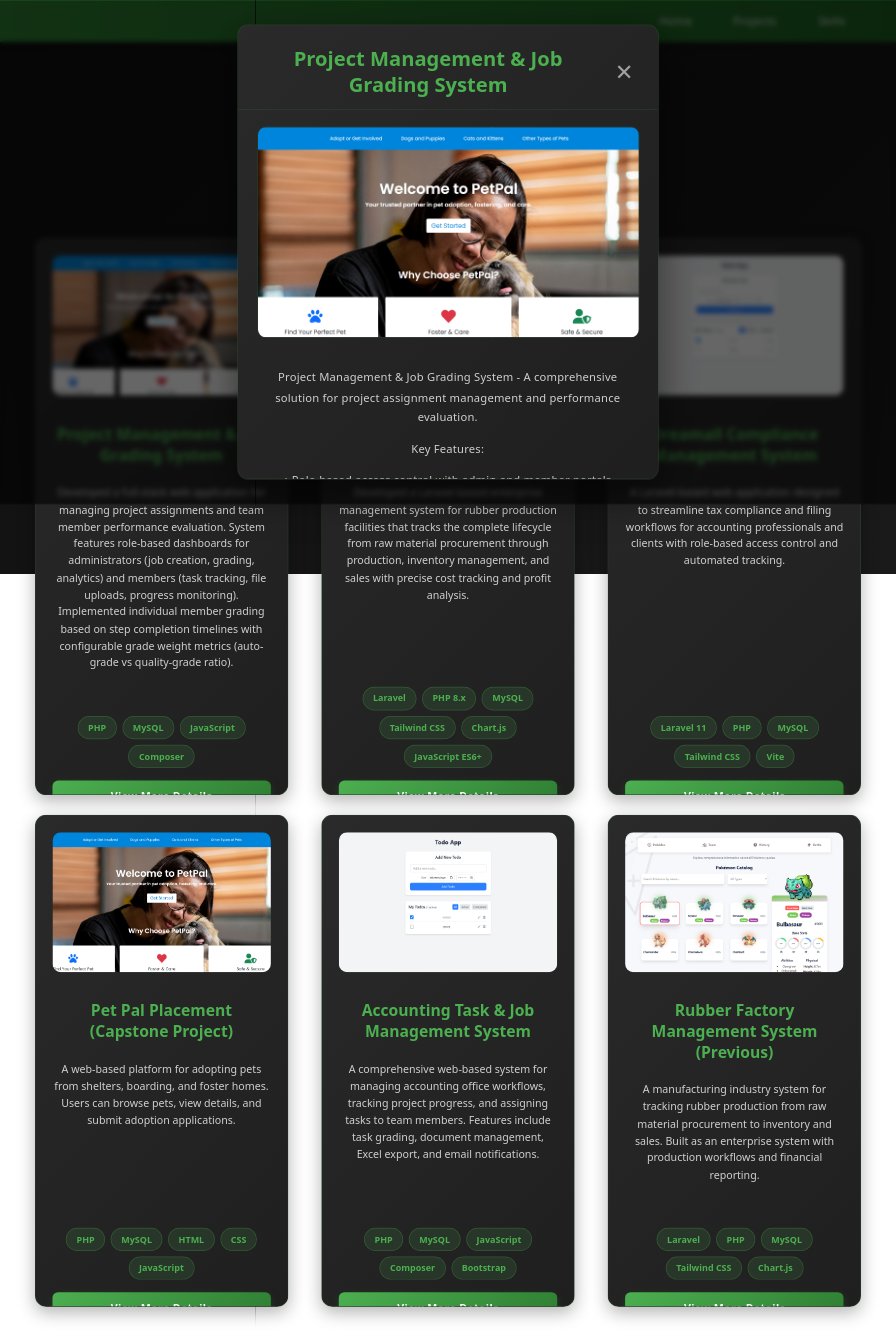
Repository: SAYANA11/portfolio
Page: /Projects, after clicking the first element matching `button.project-button`
The author's editor kept a copy of each file at every save. The page is drawn from the files as they stood at one save, then again after the next save.
The browser window is 1280 px wide. The pictures show the whole page, at 70% of full size.
An inner scrolling area shows only its first screen. The project was rebuilt for these pictures with package versions that can differ from the ones it lists, and the page was loaded fresh each time. Also part of the build but not shown: vite.config.js, src/components/Hero.jsx, src/components/Skills.css, src/components/Skills.jsx.

Above is the page before, as saved 2026-02-17 01:08:49.

### index.html
<!doctype html>
<html lang="en">
  <head>
    <meta charset="UTF-8" />
    <link rel="icon" type="image/svg+xml" href="/vite.svg" />
    <meta name="viewport" content="width=device-width, initial-scale=1.0" />
    <title>Muhammad Husayn Aiyub - Portfolio</title>
  </head>
  <body>
    <div id="root"></div>
    <script type="module" src="/src/main.jsx"></script>
  </body>
</html>

### src/index.css
:root {
  font-family: system-ui, Avenir, Helvetica, Arial, sans-serif;
  line-height: 1.5;
  font-weight: 400;

  color-scheme: light dark;
  color: rgba(255, 255, 255, 0.87);
  background-color: #242424;

  font-synthesis: none;
  text-rendering: optimizeLegibility;
  -webkit-font-smoothing: antialiased;
  -moz-osx-font-smoothing: grayscale;
}
/* Add in index.css or global style file */

a {
  font-weight: 500;
  color: #646cff;
  text-decoration: inherit;
}
a:hover {
  color: #535bf2;
}

html, body, #root {
  height: 100%;
  margin: 0;
  padding: 0;
}

body {
  margin: 0;
  min-width: 320px;
  background: linear-gradient(135deg, #0f0f0f 0%, #1a1a1a 100%);
  min-height: 100vh;
  position: relative;
}

body::before {
  content: '';
  position: fixed;
  top: 0;
  left: 0;
  right: 0;
  bottom: 0;
  background: linear-gradient(135deg, #0f0f0f 0%, #1a1a1a 100%);
  z-index: -1;
}

h1 {
  font-size: 3.2em;
  line-height: 1.1;
}

button {
  border-radius: 8px;
  border: 1px solid transparent;
  padding: 0.6em 1.2em;
  font-size: 1em;
  font-weight: 500;
  font-family: inherit;
  background-color: #1a1a1a;
  cursor: pointer;
  transition: border-color 0.25s;
}
button:hover {
  border-color: #646cff;
}
button:focus,
button:focus-visible {
  outline: 4px auto -webkit-focus-ring-color;
}

@media (prefers-color-scheme: light) {
  :root {
    color: #213547;
    background-color: #ffffff;
  }
  a:hover {
    color: #747bff;
  }
  button {
    background-color: #f9f9f9;
  }
}

### src/App.jsx
import React from "react";
import { BrowserRouter as Router, Routes, Route } from "react-router-dom";
import NavBar from "./components/Navbar";
import Hero from "./components/Hero";
import Projects from "./components/Projects";
import Skills from "./components/Skills";

function App() {
  return (
    <Router>
      <NavBar />
      <Routes>
        <Route path="/" element={<Hero />} />
        <Route path="/Projects" element={<Projects />} />
        <Route path="/Skills" element={<Skills />} />
      </Routes>
    </Router>
  );
}

export default App;

### src/components/Navbar.jsx
import React from "react";
import { Link } from "react-router-dom";
import "./Navbar.css";

const NavBar = () => {
  return (
    <nav className="navbar">
      <ul>
        <li>
          <Link to="/">Home</Link>
        </li>
        <li>
          <Link to="/Projects">Projects</Link>
        </li>
        <li>
          <Link to="/Skills">Skills</Link>
        </li>
      </ul>
    </nav>
  );
};

export default NavBar;

### src/components/Navbar.css
.navbar {
    background: linear-gradient(90deg, #2e7d32 0%, #1b5e20 100%);
    color: white;
    padding: 15px 40px;
    position: fixed;
    width: 100%;
    height: 60px;
    top: 0;
    z-index: 1000;
    display: flex;
    align-items: center;
    justify-content: flex-end;
    box-shadow: 0 4px 12px rgba(0, 0, 0, 0.3);
    backdrop-filter: blur(10px);
    box-sizing: border-box;
}

.navbar ul {
    list-style: none;
    padding: 0;
    margin: 0 20px 0 0;
    display: flex;
    gap: 35px;
}

.navbar ul li {
    font-size: 16px;
    transition: all 0.3s cubic-bezier(0.4, 0, 0.2, 1);
    position: relative;
}

.navbar ul li a {
    color: #e0e0e0;
    text-decoration: none;
    transition: all 0.3s cubic-bezier(0.4, 0, 0.2, 1);
    padding: 8px 12px;
    display: block;
    border-radius: 6px;
    font-weight: 500;
    letter-spacing: 0.3px;
}

.navbar ul li a::after {
    content: '';
    position: absolute;
    bottom: 0;
    left: 0;
    width: 0;
    height: 2px;
    background: #ffd700;
    transition: width 0.3s ease;
    border-radius: 2px;
}

.navbar ul li a:hover {
    color: white;
    background: rgba(76, 175, 80, 0.2);
}

.navbar ul li a:hover::after {
    width: 100%;
}

/* Responsive */
@media (max-width: 768px) {
    .navbar ul {
        gap: 10px; /* Reduce spacing for smaller screens */
        margin: 0 10px 0 0; /* Adjust margin for smaller screens */
    }

    .navbar ul li {
        font-size: 16px; /* Adjust font size for smaller screens */
    }
}

### src/components/Hero.css
/* Import Poppins font */
@import url('https://fonts.googleapis.com/css2?family=Poppins:wght@300;400;500;600;700&display=swap');

/* Root Variables for Better Theme Management */
:root {
  --primary-green: #2e7d32;
  --primary-green-light: #4caf50;
  --primary-green-dark: #1b5e20;
  --accent-gold: #ffd700;
  --text-light: #f1f1f1;
  --text-dark: #333;
  --text-muted: #666;
  --background-dark: #1a1a1a;
  --card-background: #2d2d2d;
  --border-color: #444;
  --shadow-light: rgba(0, 0, 0, 0.1);
  --shadow-medium: rgba(0, 0, 0, 0.3);
  --shadow-heavy: rgba(0, 0, 0, 0.7);
  --gradient-primary: linear-gradient(135deg, var(--primary-green), var(--primary-green-light));
  --gradient-card: linear-gradient(145deg, #2d2d2d, #1f1f1f);
}

/* Hero Container */
.hero-container {
  padding: 60px 40px;
  max-width: 1100px;
  margin: 80px auto;
  border-radius: 20px;
  background: linear-gradient(135deg, #1f1f1f 0%, #2a2a2a 100%);
  box-shadow: 0 20px 60px rgba(0, 0, 0, 0.3);
  color: var(--text-light);
  position: relative;
  overflow: hidden;
}

      .hero-container::before {
        content: '';
        position: absolute;
        top: 0;
        left: 0;
        right: 0;
        height: 4px;
        background: var(--gradient-primary);
        border-radius: 20px 20px 0 0;
      }

      /* Name Section */
      .name {
        text-align: center;
        margin-bottom: 50px;
        position: relative;
      }

      .hero-title {
        font-size: clamp(2rem, 5vw, 3.5rem);
        font-weight: 700;
        background: var(--gradient-primary);
        -webkit-background-clip: text;
        -webkit-text-fill-color: transparent;
        background-clip: text;
        margin-bottom: 15px;
        letter-spacing: -0.02em;
        animation: fadeInUp 0.8s ease-out;
      }

      .hero-subtitle {
        font-size: clamp(1rem, 2.5vw, 1.4rem);
        color: #bbb;
        font-weight: 400;
        margin-bottom: 30px;
        animation: fadeInUp 0.8s ease-out 0.2s both;
      }

      /* Photo Styling */
      .photo {
        position: relative;
        display: inline-block;
        animation: fadeInUp 0.8s ease-out 0.4s both;
      }

      .photo img {
        width: 180px;
        height: 180px;
        border-radius: 50%;
        object-fit: cover;
        border: 5px solid transparent;
        background: var(--gradient-primary);
        padding: 3px;
        transition: all 0.4s cubic-bezier(0.4, 0, 0.2, 1);
        box-shadow: 0 8px 32px var(--shadow-medium);
      }

      .photo::before {
        content: '';
        position: absolute;
        top: -10px;
        left: -10px;
        right: -10px;
        bottom: -10px;
        border-radius: 50%;
        background: var(--gradient-primary);
        opacity: 0;
        transition: opacity 0.4s ease;
        z-index: -1;
      }

      .photo:hover::before {
        opacity: 0.2;
      }

      .photo:hover img {
        transform: scale(1.05);
        box-shadow: 0 12px 48px var(--shadow-heavy);
      }

      /* Section Styling */
      .section-title {
        font-size: clamp(1.5rem, 4vw, 2rem);
        font-weight: 700;
        color: var(--primary-green-light);
        margin-bottom: 20px;
        border-bottom: 2px solid var(--primary-green);
        padding-bottom: 12px;
        display: inline-block;
        animation: fadeInUp 0.8s ease-out both;
      }

/* Page Header */
.page-header {
  text-align: center;
  margin-bottom: 60px;
  animation: fadeInUp 0.8s ease-out 0.1s both;
}

.page-title {
  font-size: 2.5rem;
  font-weight: 700;
  color: #e0e0e0;
  margin: 0;
  letter-spacing: 0.5px;
}

/* About Section */
.about-section {
  margin-bottom: 60px;
  padding: 0;
  background: transparent;
  border: none;
  animation: fadeInUp 0.8s ease-out 0.2s both;
}

.about-section .section-title {
  font-size: 2.2rem;
  margin-bottom: 16px;
  text-align: center;
}

.about-section .title-accent {
  margin: 0 auto 40px;
}

/* Two Column Layout */
.about-layout {
  display: grid;
  grid-template-columns: 1fr 1fr;
  gap: 50px;
  align-items: center;
}

.about-left {
  display: flex;
  flex-direction: column;
  gap: 16px;
}

.about-name {
  font-size: 1.8rem;
  font-weight: 700;
  color: #4caf50;
  margin: 0;
  letter-spacing: 0.3px;
}

.about-subtitle {
  font-size: 1.1rem;
  color: #a0a0a0;
  margin: 0;
  font-weight: 500;
  letter-spacing: 0.2px;
}

.about-text {
  font-size: 1rem;
  line-height: 1.75;
  color: #d0d0d0;
  margin: 0;
  letter-spacing: 0.3px;
}

/* Contact Info */
.contact-info {
  display: flex;
  flex-direction: column;
  gap: 14px;
  margin-top: 20px;
}

.contact-info-item {
  display: flex;
  align-items: center;
  gap: 12px;
}

.contact-info-icon {
  font-size: 1.3rem;
  min-width: 24px;
}

.contact-info-item p,
.contact-info-item a {
  margin: 0;
  color: #d0d0d0;
  font-size: 0.95rem;
  text-decoration: none;
  transition: color 0.3s ease;
}

.contact-info-item a {
  color: #4caf50;
  font-weight: 500;
}

.contact-info-item a:hover {
  color: #66bb6a;
}

/* About Photo */
.about-right {
  display: flex;
  justify-content: center;
  align-items: center;
}

.about-photo {
  position: relative;
  width: 280px;
  height: 280px;
  border-radius: 50%;
  overflow: hidden;
  border: 4px solid rgba(76, 175, 80, 0.3);
  box-shadow: 0 20px 60px rgba(46, 125, 50, 0.25);
  animation: fadeInUp 0.8s ease-out 0.3s both;
}

.about-photo img {
  width: 100%;
  height: 100%;
  object-fit: cover;
  transition: transform 0.3s ease;
}

.about-photo:hover img {
  transform: scale(1.05);
}

/* Contact Section Styles */
.contact-section {
  display: none;
}

/* Modal Styles */
.modal {
  display: none;
}

/* Title Accent */
.title-accent {
  height: 3px;
  width: 60px;
  background: linear-gradient(90deg, #4caf50, #2e7d32);
  border-radius: 2px;
  margin-top: 12px;
  animation: slideIn 0.6s ease-out 0.3s both;
}

@keyframes slideIn {
  from {
    width: 0;
  }
  to {
    width: 60px;
  }
}

      /* Animations */
      @keyframes fadeInUp {
        from {
          opacity: 0;
          transform: translateY(30px);
        }
        to {
          opacity: 1;
          transform: translateY(0);
        }
      }

      /* Responsive Design */
      @media (max-width: 768px) {
        .hero-container {
          padding: 40px 20px;
          margin-top: 60px;
          margin-left: 10px;
          margin-right: 10px;
        }

        .page-title {
          font-size: 1.8rem;
        }

        .section-title {
          font-size: 1.6rem;
        }

        .about-layout {
          grid-template-columns: 1fr;
          gap: 40px;
        }

        .about-name {
          font-size: 1.5rem;
        }

        .about-photo {
          width: 240px;
          height: 240px;
        }

        .contact-details {
          grid-template-columns: 1fr;
        }
      }

      @media (max-width: 480px) {
        .hero-container {
          padding: 30px 15px;
          margin-top: 40px;
          border-radius: 16px;
        }

        .page-title {
          font-size: 1.5rem;
        }

        .section-title {
          font-size: 1.4rem;
        }

        .about-section,
        .contact-section {
          margin-bottom: 30px;
        }

        .about-layout {
          grid-template-columns: 1fr;
          gap: 30px;
        }

        .about-name {
          font-size: 1.3rem;
        }

        .about-photo {
          width: 200px;
          height: 200px;
        }

        .contact-details {
          grid-template-columns: 1fr;
          gap: 16px;
        }

        .contact-card {
          padding: 24px;
        }

        .contact-card-icon {
          font-size: 2.5rem;
        }
      }

### src/components/Projects.css
/* Projects Container */
.projects-container {
  margin-top: 100px;
  padding: 50px 40px;
  max-width: 1200px;
  margin-left: auto;
  margin-right: auto;
  background: transparent;
  border-radius: 0;
  box-shadow: none;
  text-align: center;
}

.projects-title {
  font-size: 2.8rem;
  font-weight: 700;
  background: linear-gradient(135deg, #4caf50, #2e7d32);
  -webkit-background-clip: text;
  -webkit-text-fill-color: transparent;
  background-clip: text;
  margin-bottom: 8px;
  letter-spacing: -0.02em;
}

.projects-subtitle {
  font-size: 1.15rem;
  color: #a0a0a0;
  margin-bottom: 40px;
  font-weight: 400;
  letter-spacing: 0.3px;
}

/* Projects List */
.projects-list {
  list-style: none;
  padding: 0;
  margin: 0;
  display: grid;
  grid-template-columns: repeat(auto-fit, minmax(320px, 1fr));
  gap: 28px;
  justify-items: center;
}

.project-item {
  flex: 0 1 calc(33.333% - 20px);
  width: 100%;
  max-width: 360px;
  background: linear-gradient(135deg, #2a2a2a 0%, #1f1f1f 100%);
  border: 1px solid rgba(76, 175, 80, 0.15);
  border-radius: 16px;
  box-shadow: 0 8px 24px rgba(0, 0, 0, 0.3);
  overflow: hidden;
  transition: all 0.3s cubic-bezier(0.4, 0, 0.2, 1);
}

.project-item:hover {
  transform: translateY(-8px);
  box-shadow: 0 16px 48px rgba(46, 125, 50, 0.25);
  border-color: rgba(76, 175, 80, 0.4);
}

/* Project Card */
.project-card {
  padding: 24px;
  text-align: center;
  display: flex;
  flex-direction: column;
  height: 100%;
}

.project-image {
  width: 100%;
  height: 200px;
  object-fit: cover;
  border-radius: 12px;
  margin-bottom: 18px;
  transition: transform 0.3s ease;
}

.project-item:hover .project-image {
  transform: scale(1.05);
}

.project-title {
  font-size: 1.4rem;
  font-weight: 700;
  color: #4caf50;
  margin-bottom: 12px;
  line-height: 1.3;
}

.project-description {
  font-size: 0.95rem;
  color: #d0d0d0;
  margin-bottom: 16px;
  line-height: 1.6;
  flex-grow: 1;
}

/* Project Technologies */
.project-technologies {
  display: flex;
  flex-wrap: wrap;
  gap: 8px;
  margin-bottom: 18px;
  justify-content: center;
}

.tech-tag {
  display: inline-block;
  padding: 6px 14px;
  background-color: rgba(76, 175, 80, 0.15);
  color: #4caf50;
  border-radius: 20px;
  font-size: 0.8rem;
  font-weight: 600;
  border: 1px solid rgba(76, 175, 80, 0.3);
  transition: all 0.3s ease;
}

.tech-tag:hover {
  background-color: rgba(76, 175, 80, 0.25);
  border-color: rgba(76, 175, 80, 0.5);
}

/* Live Demo Button */
.project-button {
  display: inline-block;
  padding: 12px 28px;
  background: linear-gradient(135deg, #4caf50, #2e7d32);
  color: #ffffff;
  font-size: 0.95rem;
  font-weight: 600;
  text-decoration: none;
  border-radius: 8px;
  transition: all 0.3s cubic-bezier(0.4, 0, 0.2, 1);
  border: none;
  cursor: pointer;
  box-shadow: 0 4px 12px rgba(46, 125, 50, 0.3);
  letter-spacing: 0.5px;
}

.project-button:hover {
  transform: translateY(-2px);
  box-shadow: 0 8px 20px rgba(46, 125, 50, 0.4);
}

/* Responsive Design */
@media (max-width: 1024px) {
  .projects-container {
    padding: 40px 30px;
  }

  .projects-list {
    grid-template-columns: repeat(auto-fit, minmax(280px, 1fr));
    gap: 24px;
  }

  .projects-title {
    font-size: 2.2rem;
  }
}

@media (max-width: 768px) {
  .projects-container {
    margin-top: 80px;
    padding: 30px 20px;
  }

  .projects-list {
    grid-template-columns: 1fr;
    gap: 20px;
  }

  .projects-title {
    font-size: 1.9rem;
  }

  .project-description {
    font-size: 0.9rem;
  }

  .project-button {
    font-size: 0.9rem;
    padding: 10px 20px;
  }
}

/* Modal Styles */
.modal-overlay {
  position: fixed;
  top: 0;
  left: 0;
  right: 0;
  bottom: 0;
  background-color: rgba(0, 0, 0, 0.6);
  display: flex;
  align-items: center;
  justify-content: center;
  z-index: 1000;
  padding: 20px;
  animation: fadeInOverlay 0.3s ease;
  backdrop-filter: blur(4px);
}

@keyframes fadeInOverlay {
  from {
    opacity: 0;
  }
  to {
    opacity: 1;
  }
}

.modal-content {
  background: linear-gradient(135deg, #2a2a2a 0%, #1f1f1f 100%);
  border: 1px solid rgba(76, 175, 80, 0.15);
  border-radius: 16px;
  max-width: 600px;
  width: 100%;
  max-height: 90vh;
  overflow-y: auto;
  box-shadow: 0 20px 60px rgba(0, 0, 0, 0.5);
  display: flex;
  flex-direction: column;
  animation: slideInModal 0.3s cubic-bezier(0.4, 0, 0.2, 1);
}

@keyframes slideInModal {
  from {
    transform: translateY(-50px);
    opacity: 0;
  }
  to {
    transform: translateY(0);
    opacity: 1;
  }
}

.modal-header {
  padding: 28px 28px 16px;
  display: flex;
  justify-content: space-between;
  align-items: center;
  border-bottom: 1px solid rgba(76, 175, 80, 0.15);
}

.modal-title {
  font-size: 1.8rem;
  font-weight: 700;
  color: #4caf50;
  margin: 0;
  line-height: 1.3;
  flex: 1;
}

.modal-close-btn {
  background: none;
  border: none;
  font-size: 2rem;
  color: #a0a0a0;
  cursor: pointer;
  transition: color 0.3s ease;
  padding: 0;
  width: 40px;
  height: 40px;
  display: flex;
  align-items: center;
  justify-content: center;
  border-radius: 8px;
  margin-left: 16px;
}

.modal-close-btn:hover {
  color: #4caf50;
  background-color: rgba(76, 175, 80, 0.1);
}

.modal-body {
  padding: 24px 28px;
  flex: 1;
}

.modal-image {
  width: 100%;
  height: 300px;
  object-fit: cover;
  border-radius: 12px;
  margin-bottom: 20px;
  border: 1px solid rgba(76, 175, 80, 0.15);
}

.modal-description {
  font-size: 1rem;
  color: #d0d0d0;
  line-height: 1.8;
  margin-bottom: 24px;
  letter-spacing: 0.3px;
}

.modal-technologies {
  margin-bottom: 20px;
}

.tech-label {
  font-size: 1rem;
  font-weight: 700;
  color: #4caf50;
  margin: 0 0 12px 0;
  letter-spacing: 0.5px;
}

.modal-tech-tags {
  display: flex;
  flex-wrap: wrap;
  gap: 10px;
}

.modal-tech-tag {
  display: inline-block;
  padding: 8px 16px;
  background-color: rgba(76, 175, 80, 0.15);
  color: #4caf50;
  border-radius: 20px;
  font-size: 0.85rem;
  font-weight: 600;
  border: 1px solid rgba(76, 175, 80, 0.3);
  transition: all 0.3s ease;
}

.modal-tech-tag:hover {
  background-color: rgba(76, 175, 80, 0.25);
  border-color: rgba(76, 175, 80, 0.5);
}

.modal-footer {
  padding: 20px 28px 28px;
  border-top: 1px solid rgba(76, 175, 80, 0.15);
  display: flex;
  gap: 12px;
}

.modal-button {
  flex: 1;
  padding: 14px 28px;
  background: linear-gradient(135deg, #4caf50, #2e7d32);
  color: #ffffff;
  font-size: 1rem;
  font-weight: 700;
  text-decoration: none;
  border-radius: 8px;
  border: none;
  cursor: pointer;
  transition: all 0.3s cubic-bezier(0.4, 0, 0.2, 1);
  box-shadow: 0 4px 12px rgba(46, 125, 50, 0.3);
  text-align: center;
  letter-spacing: 0.5px;
}

.modal-button:hover {
  transform: translateY(-2px);
  box-shadow: 0 8px 20px rgba(46, 125, 50, 0.4);
  background: linear-gradient(135deg, #5bc45e, #3da140);
}

/* Modal Responsive Design */
@media (max-width: 768px) {
  .modal-content {
    max-width: 95%;
    border-radius: 12px;
  }

  .modal-header {
    padding: 20px 20px 12px;
  }

  .modal-title {
    font-size: 1.5rem;
  }

  .modal-body {
    padding: 18px 20px;
  }

  .modal-image {
    height: 240px;
    margin-bottom: 16px;
  }

  .modal-description {
    font-size: 0.95rem;
  }

  .modal-footer {
    padding: 16px 20px 20px;
  }

  .modal-button {
    padding: 12px 20px;
    font-size: 0.95rem;
  }
}

@media (max-width: 480px) {
  .projects-container {
    margin-top: 70px;
    padding: 20px 15px;
  }

  .projects-title {
    font-size: 1.6rem;
  }

  .projects-subtitle {
    font-size: 1rem;
  }

  .project-card {
    padding: 18px;
  }

  .project-image {
    height: 160px;
    margin-bottom: 12px;
  }

  .project-title {
    font-size: 1.15rem;
  }

  .project-description {
    font-size: 0.85rem;
  }

  .tech-tag {
    font-size: 0.75rem;
    padding: 5px 10px;
  }

  .modal-overlay {
    padding: 10px;
  }

  .modal-content {
    max-width: 100%;
    max-height: 95vh;
  }

  .modal-header {
    padding: 16px;
  }

  .modal-title {
    font-size: 1.3rem;
  }

  .modal-close-btn {
    font-size: 1.8rem;
    width: 36px;
    height: 36px;
  }

  .modal-body {
    padding: 16px;
  }

  .modal-image {
    height: 200px;
    margin-bottom: 14px;
  }

  .modal-description {
    font-size: 0.9rem;
    line-height: 1.6;
  }

  .tech-label {
    font-size: 0.95rem;
  }

  .modal-tech-tag {
    font-size: 0.75rem;
    padding: 6px 12px;
  }

  .modal-footer {
    padding: 14px 16px 16px;
    flex-direction: column;
  }

  .modal-button {
    padding: 12px 20px;
    font-size: 0.9rem;
  }
}

Loaded but not shown: src/main.jsx (common file); src/components/Projects.jsx (160 lines, source omitted)

After the next save:
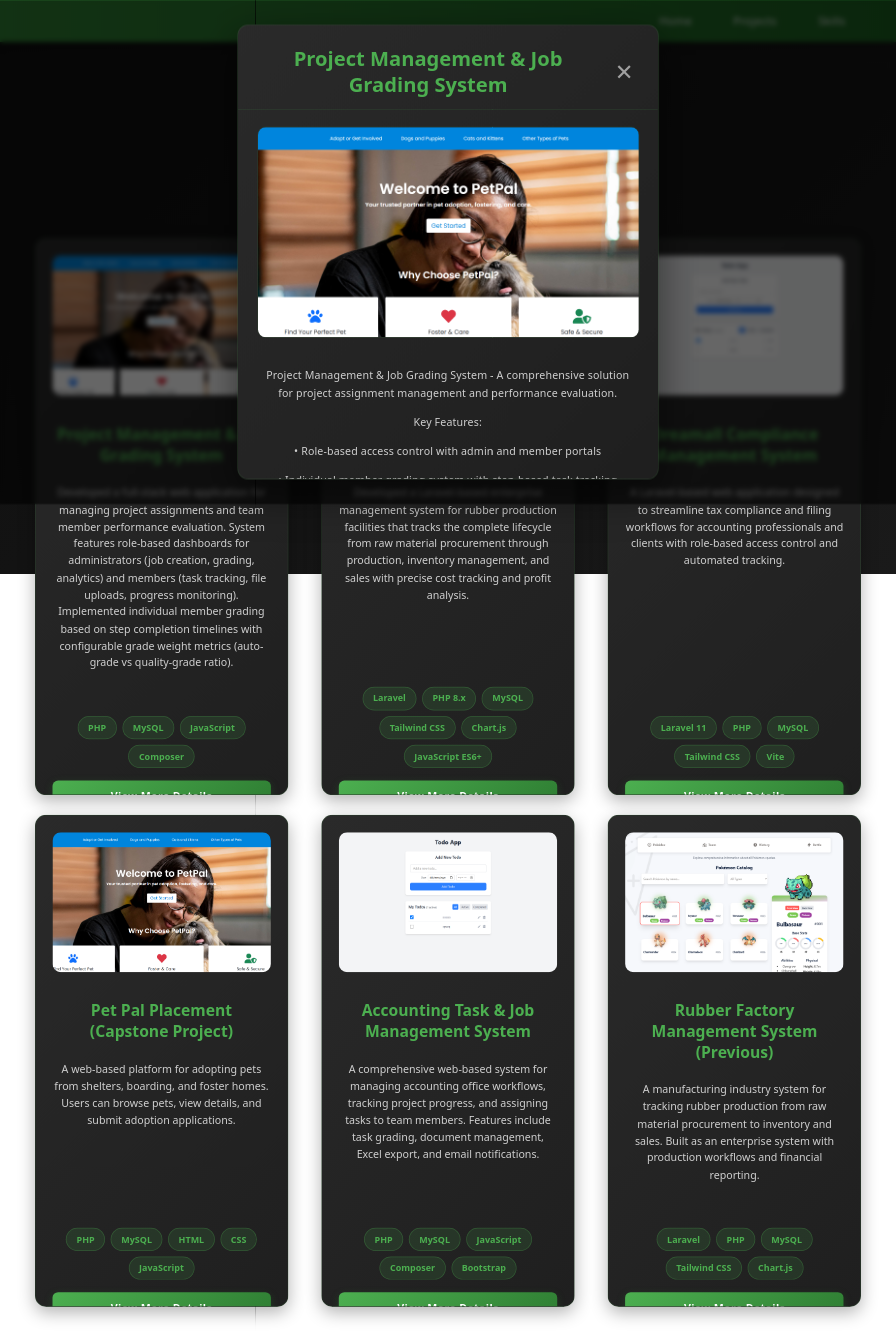
Saved 11 s later.
--- a/src/components/Projects.css
+++ b/src/components/Projects.css
@@ -298,6 +298,18 @@
   letter-spacing: 0.3px;
 }
 
+.modal-description p {
+  margin-bottom: 12px;
+  font-size: 0.95rem;
+  color: #d0d0d0;
+  line-height: 1.7;
+  letter-spacing: 0.2px;
+}
+
+.modal-description p:last-child {
+  margin-bottom: 0;
+}
+
 .modal-technologies {
   margin-bottom: 20px;
 }
